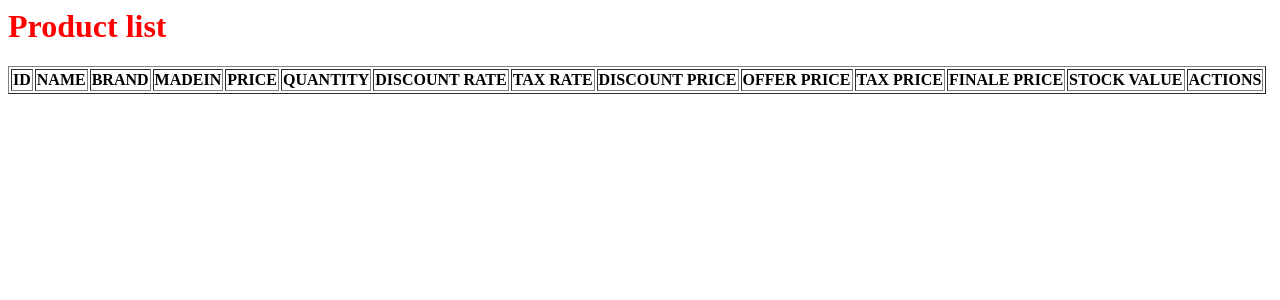
Repository: Lathadasari3010/SoftwareExamples
Page: http://localhost/product-list
The author's editor kept a copy of each file at every save. The page is drawn from the files as they stood at one save, then again after the next save.
The browser window is 1280 px wide. The pictures show the whole page.
The page is this project's Thymeleaf template; nobody is signed in. The template is opened directly, without the code that normally fills it, so the values that code supplies are empty.

Above is the page before, as saved 2024-12-21 10:08:30.

After the next save:
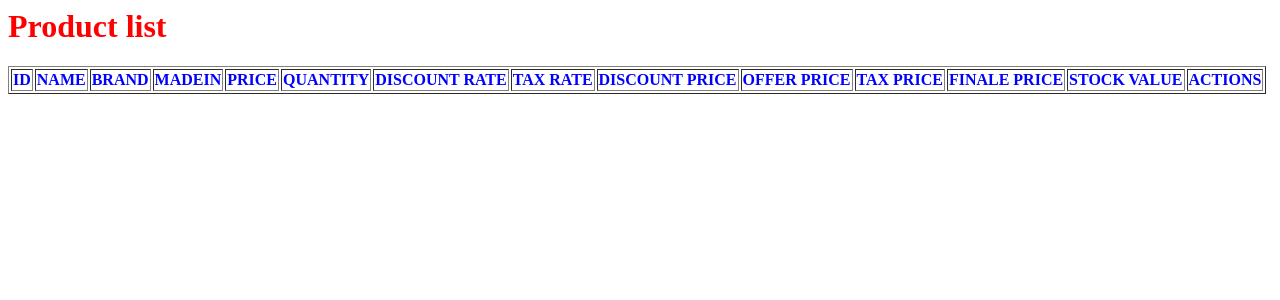
Saved 3 h 7 min later.
--- a/SpringBoot/src/main/resources/templates/product-list.html
+++ b/SpringBoot/src/main/resources/templates/product-list.html
@@ -6,7 +6,7 @@
 		<div>
 			<h1 style="color:red;">Product list</h1>
 			<table border="1">
-				<thead>
+				<thead style="color: blue;">
 					<tr>
 						<th>ID</th>
 						<th>NAME</th>
